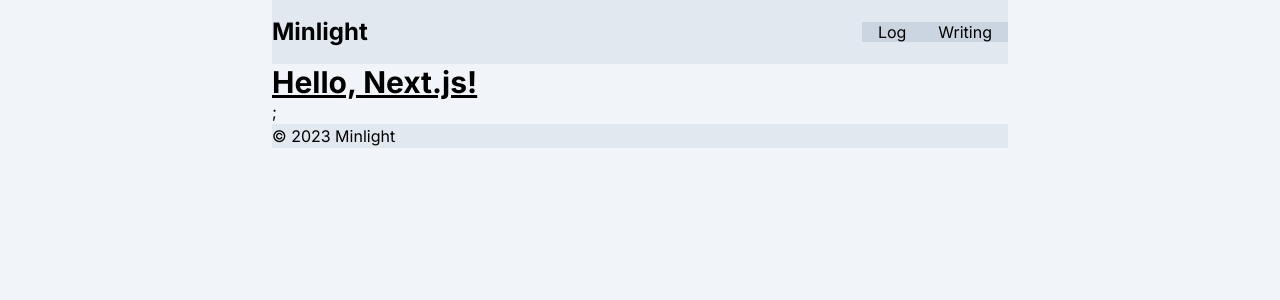
Repository: kwngmin/minlight-log
Page: /
These files come from the project's save history. The page is drawn as it stood at one moment and after the next save; the edit follows.
The browser window is 1280 px wide. The pictures show the whole page.
The project was rebuilt for these pictures with package versions that can differ from the ones it lists, and the page was loaded fresh each time. The framework's server and built-in components were replaced by stand-ins that run in the browser. Also part of the build but not shown: next.config.js.

Above is the page before, as saved 2023-04-04 15:28:16.

### src/app/layout.tsx
import Link from "next/link";
import "./globals.css";
import { Inter } from "next/font/google";
const inter = Inter({ subsets: ["latin"] });

export const metadata = {
  title: {
    default: "Minlight",
    template: "Minlight | %s",
  },
  description: "Minlight log",
};
const navList = [
  { name: "Log", url: "/log" },
  { name: "Writing", url: "/log" },
];
export default function RootLayout({
  children,
}: {
  children: React.ReactNode;
}) {
  return (
    <html lang="en" className={inter.className}>
      <body className="relative flex flex-col max-w-screen-md mx-auto bg-slate-100 px-4">
        <div className="h-16 bg-slate-200 flex items-center justify-between">
          <Link href="/" className="text-2xl font-bold">
            Minlight
          </Link>
          <nav className="">
            {navList.map(({ name, url }) => (
              <Link href={url} key={name} className="px-4 bg-slate-300">
                {name}
              </Link>
            ))}
          </nav>
        </div>
        <main className="grow">{children}</main>
        <div className="bg-slate-200 ">© 2023 Minlight</div>
      </body>
    </html>
  );
}

### src/app/page.tsx
export default function Home() {
  return (
    <section>
      <h1 className="text-3xl font-bold underline">Hello, Next.js!</h1>;
    </section>
  );
}

### src/app/globals.css
@tailwind base;
@tailwind components;
@tailwind utilities;

* {
  box-sizing: border-box;
  padding: 0;
  margin: 0;
}
/*
:root {
  --max-width: 1100px;
  --border-radius: 12px;
  --font-mono: ui-monospace, Menlo, Monaco, "Cascadia Mono", "Segoe UI Mono",
    "Roboto Mono", "Oxygen Mono", "Ubuntu Monospace", "Source Code Pro",
    "Fira Mono", "Droid Sans Mono", "Courier New", monospace;

  --foreground-rgb: 0, 0, 0;
  --background-start-rgb: 214, 219, 220;
  --background-end-rgb: 255, 255, 255;

  --primary-glow: conic-gradient(
    from 180deg at 50% 50%,
    #16abff33 0deg,
    #0885ff33 55deg,
    #54d6ff33 120deg,
    #0071ff33 160deg,
    transparent 360deg
  );
  --secondary-glow: radial-gradient(
    rgba(255, 255, 255, 1),
    rgba(255, 255, 255, 0)
  );

  --tile-start-rgb: 239, 245, 249;
  --tile-end-rgb: 228, 232, 233;
  --tile-border: conic-gradient(
    #00000080,
    #00000040,
    #00000030,
    #00000020,
    #00000010,
    #00000010,
    #00000080
  );

  --callout-rgb: 238, 240, 241;
  --callout-border-rgb: 172, 175, 176;
  --card-rgb: 180, 185, 188;
  --card-border-rgb: 131, 134, 135;
}

@media (prefers-color-scheme: dark) {
  :root {
    --foreground-rgb: 255, 255, 255;
    --background-start-rgb: 0, 0, 0;
    --background-end-rgb: 0, 0, 0;

    --primary-glow: radial-gradient(rgba(1, 65, 255, 0.4), rgba(1, 65, 255, 0));
    --secondary-glow: linear-gradient(
      to bottom right,
      rgba(1, 65, 255, 0),
      rgba(1, 65, 255, 0),
      rgba(1, 65, 255, 0.3)
    );

    --tile-start-rgb: 2, 13, 46;
    --tile-end-rgb: 2, 5, 19;
    --tile-border: conic-gradient(
      #ffffff80,
      #ffffff40,
      #ffffff30,
      #ffffff20,
      #ffffff10,
      #ffffff10,
      #ffffff80
    );

    --callout-rgb: 20, 20, 20;
    --callout-border-rgb: 108, 108, 108;
    --card-rgb: 100, 100, 100;
    --card-border-rgb: 200, 200, 200;
  }
}

* {
  box-sizing: border-box;
  padding: 0;
  margin: 0;
}

html,
body {
  max-width: 100vw;
  overflow-x: hidden;
}

body {
  color: rgb(var(--foreground-rgb));
  background: linear-gradient(
      to bottom,
      transparent,
      rgb(var(--background-end-rgb))
    )
    rgb(var(--background-start-rgb));
}

a {
  color: inherit;
  text-decoration: none;
}

@media (prefers-color-scheme: dark) {
  html {
    color-scheme: dark;
  }
} */

Loaded but not shown: tailwind.config.js (common file)

After the next save:
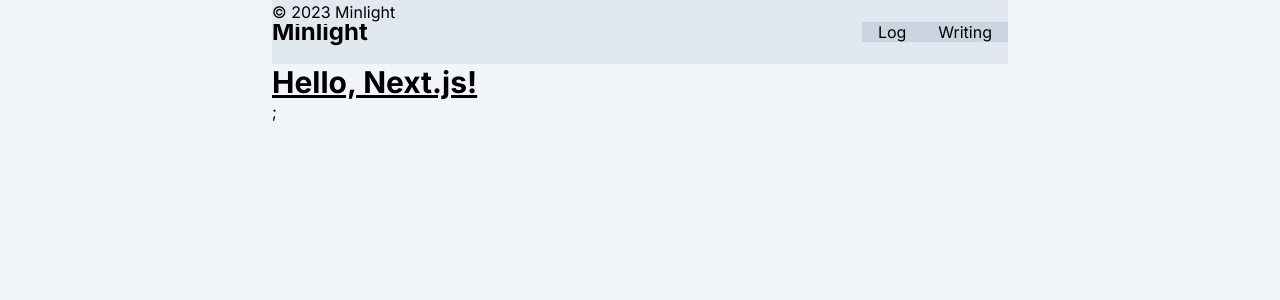
Saved 8 s later.
--- a/src/app/layout.tsx
+++ b/src/app/layout.tsx
@@ -35,7 +35,7 @@ export default function RootLayout({
           </nav>
         </div>
         <main className="grow">{children}</main>
-        <div className="bg-slate-200 ">© 2023 Minlight</div>
+        <div className="bg-slate-200 absolute">© 2023 Minlight</div>
       </body>
     </html>
   );
